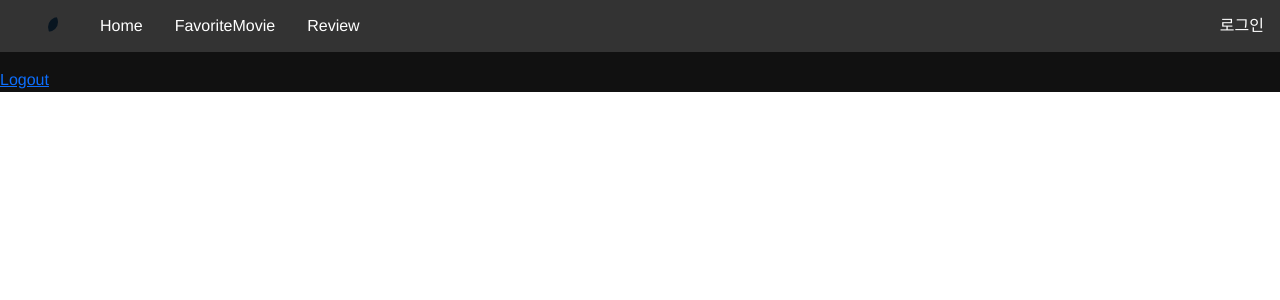
Repository: chomyoenggeun/linkedmovie
Page: /mypage (app in front/)
These files come from the project's save history. The page is drawn as it stood at one moment and after the next save; the edit follows.
The browser window is 1280 px wide. The pictures show the whole page.
The project was rebuilt for these pictures with package versions that can differ from the ones it lists, and the page was loaded fresh each time. Also part of the build but not shown: front/vue.config.js, front/src/components/MovieCard.vue, front/src/views/Home.vue, front/src/views/accounts/Account.vue, front/src/views/accounts/Login.vue, front/src/views/accounts/Signup.vue, front/src/views/FavoriteMovie.vue, front/src/components/DmovieReviewItem.vue and 9 more.

Above is the page before, as saved 2021-11-24 05:31:33.

After the next save:
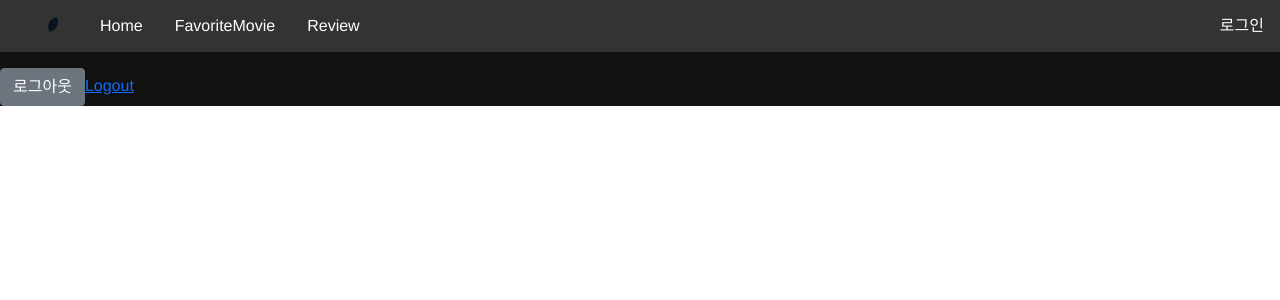
Saved 2 min 10 s later.
--- a/front/src/views/Mypage.vue
+++ b/front/src/views/Mypage.vue
@@ -1,6 +1,7 @@
 <template>
   <div>
     <div>
+      <b-button>로그아웃</b-button>
       <router-link @click.native="logout" to="Home">Logout</router-link>
     </div>
   </div>
@@ -24,6 +25,6 @@ export default {
 }
 </script>
 
-<style>
+<style scoped>
 
 </style>
